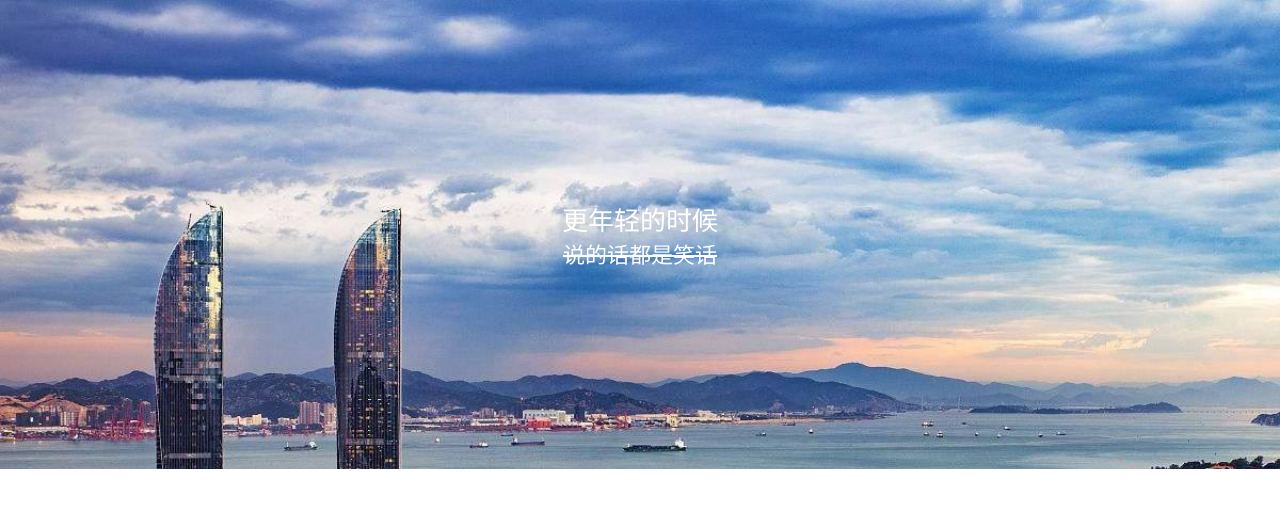
Repository: airsky0605/airsky0605.github.io
Page: index.html
These files come from the project's save history. The page is drawn as it stood at one moment and after a run of saves; the edit follows.
The browser window is 1280 px wide. The pictures show the whole page.

Above is the page before, as saved 2020-04-09 17:33:19.

After the next 3 saves:
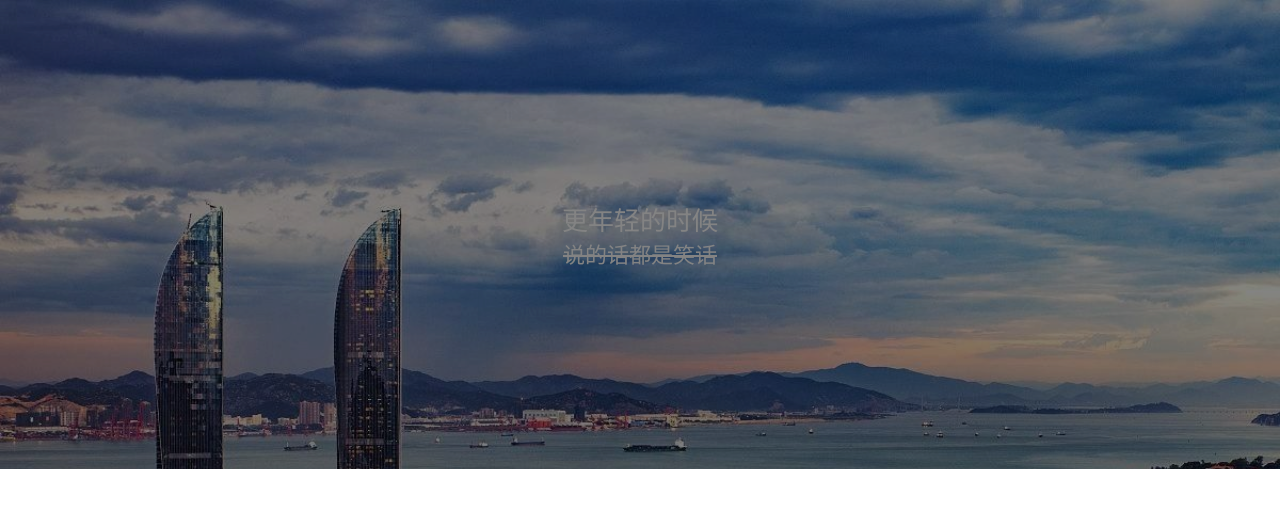
The 3 saves are shown as one change because they came seconds apart.
The last was saved 12 s later.
--- a/css/common.css
+++ b/css/common.css
@@ -2,7 +2,7 @@
   position: relative;
   background: url(../img/banner.jpeg) 0% 0% / cover no-repeat grey;
 }
-/* .banner ::after{
+.banner ::after{
   content: "";
   position: absolute;
   top: 0px;
@@ -10,8 +10,8 @@
   width: 100%;
   height: 100%;
   z-index: 1;
-  background: rgba(0, 0, 0, 0.4);
-} */
+  background: rgba(0, 0, 0, 0.2);
+}
 .banner .inner{
   padding: 200px 0;
   text-align: center;
